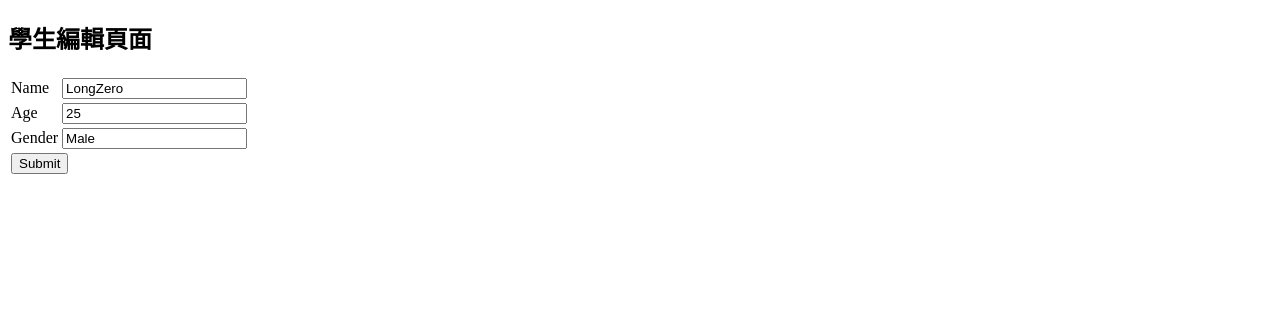
Repository: AirconChen/PracticeSpringMVC
Page: http://localhost/FormSpringMVCWAR/demo/edit
These files come from the project's save history. The page is drawn as it stood at one moment and after the next save; the edit follows.
The browser window is 1280 px wide. The pictures show the whole page.
The page is served by Tomcat 9. Other server files are loaded and not shown.

Above is the page before, as saved 2015-11-11 04:30:11.

### FormSpringMVCWAR/WebContent/WEB-INF/jsp/edit.jsp
<%@ page language="java" contentType="text/html; charset=utf-8" pageEncoding="utf-8"%>
<%@taglib uri="http://www.springframework.org/tags/form" prefix="form"%>
<!DOCTYPE html PUBLIC "-//W3C//DTD HTML 4.01 Transitional//EN" "http://www.w3.org/TR/html4/loose.dtd">
<html>
<head>
<meta http-equiv="Content-Type" content="text/html; charset=utf-8">
<title>學生編輯頁面</title>
</head>
<body>
	<h2>學生編輯頁面</h2>
<%-- 	<form method="POST" action="/demo/result"> --%>
<!-- 		<label for="name">姓名 -->
<!-- 		<input type="text" name="name" value=""/> -->
<!-- 		</label> -->
<!-- 		<label for="gender">性別 -->
<!-- 		<input type="text" name="gender" value=""/> -->
<!-- 		</label> -->
<!-- 		<label for="age">年齡 -->
<!-- 		<input type="text" name="age" value=""/> -->
<!-- 		</label> -->
<!-- 		<input type="submit" value="送出"/> -->
<%-- 	</form> --%>


	<form:form name="test" method="POST" action="/FormSpringMVCWAR/demo/result">
		<table>
			<tr>
				<td><form:label path="name">Name</form:label></td>
				<td><form:input path="name" /></td>
			</tr>
			<tr>
				<td><form:label path="age">Age</form:label></td>
				<td><form:input path="age" /></td>
			</tr>
			<tr>
				<td><form:label path="gender">Gender</form:label></td>
				<td><form:input path="gender" /></td>
			</tr>
			<tr>
				<td colspan="2"><input type="submit" value="Submit" /></td>
			</tr>
		</table>
	</form:form>
</body>
</html>

After the next save:
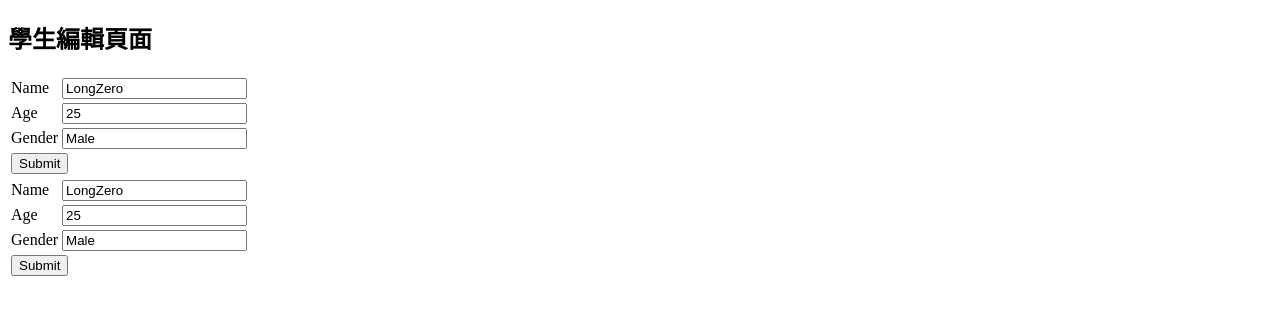
Saved 64 min 28 s later.
--- a/FormSpringMVCWAR/WebContent/WEB-INF/jsp/edit.jsp
+++ b/FormSpringMVCWAR/WebContent/WEB-INF/jsp/edit.jsp
@@ -41,5 +41,25 @@
 			</tr>
 		</table>
 	</form:form>
+
+	<form:form name="test2" method="POST" action="/FormSpringMVCWAR/demo/result">
+		<table>
+			<tr>
+				<td><form:label path="name">Name</form:label></td>
+				<td><form:input path="name" /></td>
+			</tr>
+			<tr>
+				<td><form:label path="age">Age</form:label></td>
+				<td><form:input path="age" /></td>
+			</tr>
+			<tr>
+				<td><form:label path="gender">Gender</form:label></td>
+				<td><form:input path="gender" /></td>
+			</tr>
+			<tr>
+				<td colspan="2"><input type="submit" value="Submit" /></td>
+			</tr>
+		</table>
+	</form:form>
 </body>
 </html>

After the save that followed:
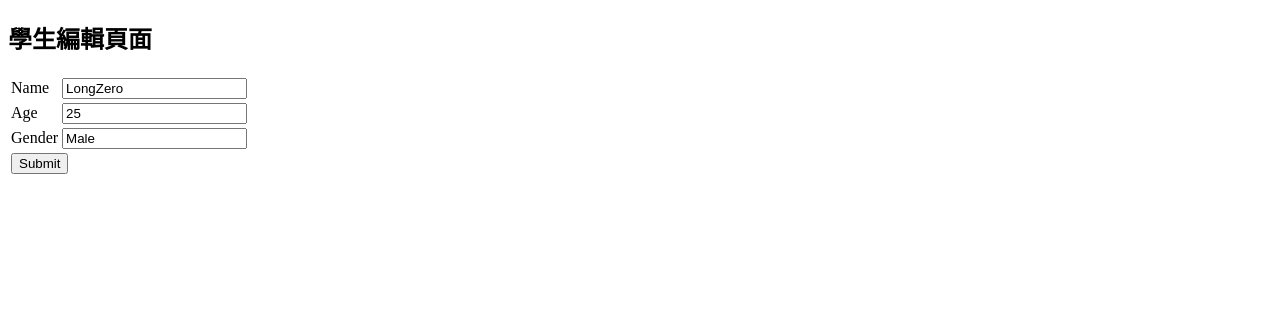
Saved 11 min 22 s later.
--- a/FormSpringMVCWAR/WebContent/WEB-INF/jsp/edit.jsp
+++ b/FormSpringMVCWAR/WebContent/WEB-INF/jsp/edit.jsp
@@ -42,24 +42,5 @@
 		</table>
 	</form:form>
 
-	<form:form name="test2" method="POST" action="/FormSpringMVCWAR/demo/result">
-		<table>
-			<tr>
-				<td><form:label path="name">Name</form:label></td>
-				<td><form:input path="name" /></td>
-			</tr>
-			<tr>
-				<td><form:label path="age">Age</form:label></td>
-				<td><form:input path="age" /></td>
-			</tr>
-			<tr>
-				<td><form:label path="gender">Gender</form:label></td>
-				<td><form:input path="gender" /></td>
-			</tr>
-			<tr>
-				<td colspan="2"><input type="submit" value="Submit" /></td>
-			</tr>
-		</table>
-	</form:form>
 </body>
 </html>
